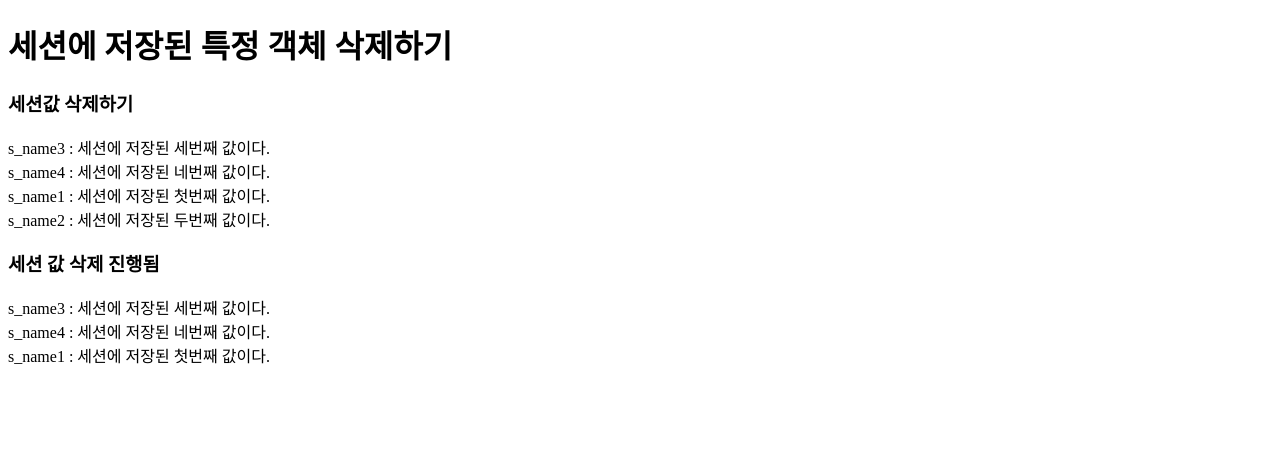
Repository: angwanghyeon/eclipse
Page: http://localhost/sec05/07_removeAttribute.jsp
These files come from the project's save history. The page is drawn as it stood at one moment and after the next save; the edit follows.
The browser window is 1280 px wide. The pictures show the whole page.
The page is served by Tomcat 9.

Above is the page before, as saved 2023-08-31 08:30:57.

### sec05/src/main/webapp/07_removeAttribute.jsp
<%@page import="java.util.Enumeration"%>
<%@ page language="java" contentType="text/html; charset=UTF-8"
    pageEncoding="UTF-8"%>
<!DOCTYPE html>
<html>
<head>
<meta charset="UTF-8">
<title>세션에 저장된 특정 객체 삭제</title>
</head>
<body>
<h1>세션에 저장된 특정 객체 삭제하기</h1>
<%
session.setAttribute("s_name1", "세션에 저장된 첫번째 값이다.");
session.setAttribute("s_name2", "세션에 저장된 두번째 값이다.");
session.setAttribute("s_name3", "세션에 저장된 세번째 값이다.");
session.setAttribute("s_name4", "세션에 저장된 네번째 값이다.");
%>
<h3>세션값 삭제하기</h3>
<%
Enumeration names = session.getAttributeNames();
while(names.hasMoreElements()){
	String name = names.nextElement().toString();
	String value = session.getAttribute(name).toString();
	out.println(name+" : "+value+"<br>");
}

session.removeAttribute("s_name2");
out.print("<h3>세션 값 삭제 진행됨</h3>");
names = session.getAttributeNames();
while(names.hasMoreElements()){
	String name = names.nextElement().toString();
	String value = session.getAttribute(name).toString();
	out.println(name+" : "+value+"<br>");
}
%>
</body>
</html>

After the next save:
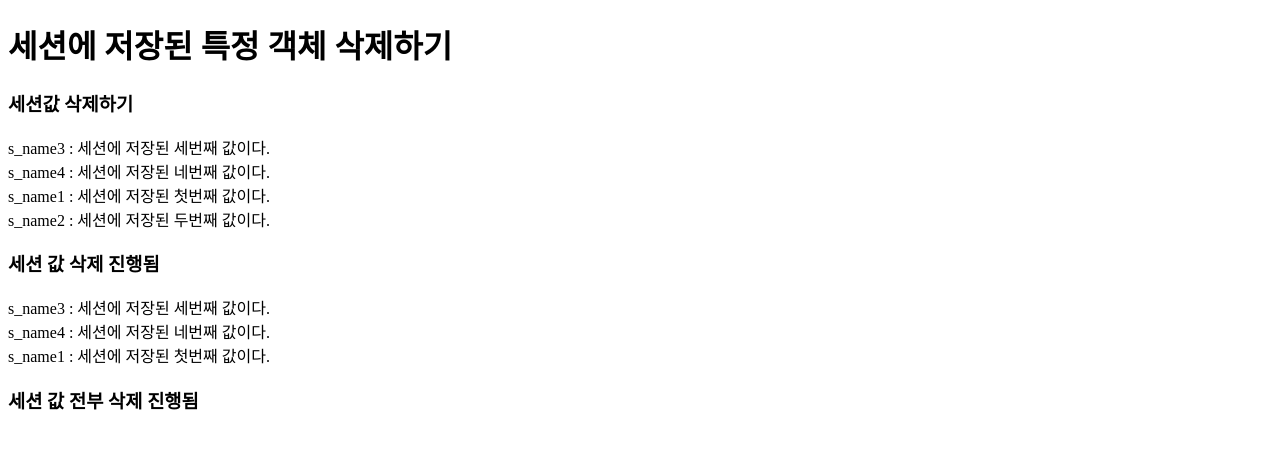
Saved 52 s later.
--- a/sec05/src/main/webapp/07_removeAttribute.jsp
+++ b/sec05/src/main/webapp/07_removeAttribute.jsp
@@ -32,6 +32,9 @@ while(names.hasMoreElements()){
 	String value = session.getAttribute(name).toString();
 	out.println(name+" : "+value+"<br>");
 }
+
+out.print("<h3>세션 값 전부 삭제 진행됨</h3>");
+
 %>
 </body>
 </html>
